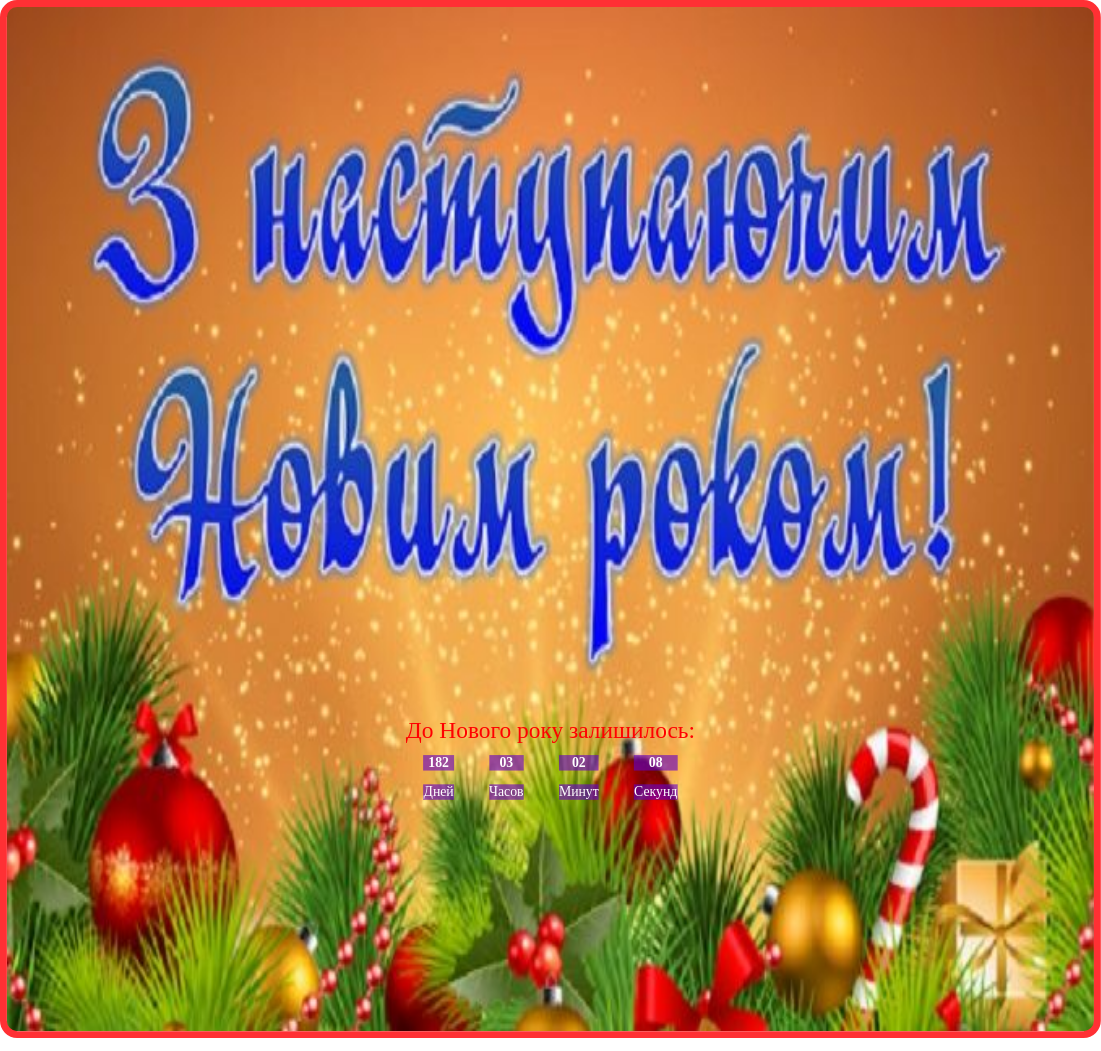
Repository: KonstantinKhamilov/JavaScript11-new-year
Page: index.html
The author's editor kept a copy of each file at every save. The page is drawn from the files as they stood at one save, then again after the next save.
The browser window is 1280 px wide. The pictures show the whole page, at 86% of full size.

Above is the page before, as saved 2024-12-29 19:12:18.

### index.html
<!DOCTYPE html>
<html lang="en">
    <head>
        <title>JavaScript11</title>

        <meta charset="utf-8">
        <meta http-equiv="X-UA-Compatible" content="IE=edge">
        <meta name="description" lang="ru" content="Стили css">
        <meta name="author" content="Константин">
        <meta name="keywords" content="Программирование, уроки JavaScript">
        <meta name="robots" content="all">
        <meta name="viewport" content="width=device-width, initial-scale=1.0">
        <link rel="stylesheet" href="newYear.css" type="text/css">
</head>

<body>
   <!--
     <h1><u>Задание 1</u></h1>
    <p>Необходимо реализовать функцию, описывающую окружность.В функции должны быть следующие компоненты:</p>
<ul type="disk">
    <li>поле, хранящее радиус окружности;</li>
    <li>get-свойство, возвращающее радиус окружности;</li>
    <li>set-свойство, устанавливающее радиус окружности;</li>
    <li>get-свойство, возвращающее диаметр окружности;</li>
    <li>метод, вычисляющий площадь окружности;</li>
    <li>метод, вычисляющий длину окружности.</li>
</ul>
       <p>Продемонстрируйте работу свойств и методов.</p>
       <p>Введите радиус окружности: </p>
       <input type="text" id="rad">
        <button onclick="showResults()">Показать результаты</button>
        <p id="output"></p>

          <h1><u>Задание 2</u></h1>
          <p>Реализуйте функцию, которая описывает css класс.функция CssClass должна содержать внутри себя:</p>
          <ul type="square">
<li>название css класса;</li>
<li>массив стилей;</li>
<li>метод для установки стиля;</li>
<li>метод для удаления стиля;</li>
<li>метод getCss(), который возвращает css код в виде строки.</li>
          </ul>

          <p>Введите название класса:</p>
    <input type="text" id="class" />
    <button onclick="showCSS()">Показать результат генерации</button>
    <p id="output1"></p>

    <p>Добавить стиль:</p>
    <input type="text" id="add-style" />
    <button onclick="addStyle()">Добавить</button>

    <p>Удалить стиль:</p>
    <input type="text" id="remove-style" />
    <button onclick="removeStyle()">Удалить</button>

  <h1><u>Задание 3</u></h1>
  <p>
    Рассчитайте, сколько дней, часов, минут и секунд осталось до Нового года. Выведите эти значения красиво,
    методом document.write() или другим с тегами -p- и
    -span- и классами для них. Стили можно записать в отдельном css-файле. Если одно из чисел будет меньше 10,
    то его нужно вывести с ведущим 0, например, так:
    Сделайте свой скрипт универсальным, задав дату следующего Нового года относительно текущей даты с помощью методов объекта Date.
  </p>
  <p>Пример вывода результата задания:</p>
<img src="D:\Full Stack\Модуль\JavaScript\JavaScript11\Безымянный1.png" alt="time">
-->
<div class="box">
  <ol class="maintext">
    <li class="text">До Нового року залишилось:</li>
   <li class="count">

<ol class="time">
  <li class="timer"><h2 id="day">00</h2><p>Дней</p></li>
  <li class="timer"><h2 id="hrs">00</h2><p>Часов</p></li>
  <li class="timer"><h2 id="min">00</h2><p>Минут</p></li>
  <li class="timer"><h2 id="sec">00</h2><p>Секунд</p></li>
</ol>
  </li>
  </ol>
</div>

    <script>
/*
        //1
function Circle(radius) {
  // Сохранение значения радиуса в свойстве объекта
  this.radius = radius;
  // Определение get-свойства для получения значения радиуса
  Object.defineProperty(this, 'radius', {
    get: function() {
      // Возвращение значения радиуса
      return radius;
    },
    // Определение set-свойства для установки значения радиуса
    set: function(value) {
      // Проверка на корректность значения радиуса
      if (value <= 0) throw new Error('Invalid radius');
      // Установка нового значения радиуса
      radius = value;
    }
  });

  // Определение get-свойства для получения значения диаметра окружности
  Object.defineProperty(this, 'diameter', {
    get: function() {
      // Возвращение значения диаметра, равного удвоенному радиусу
      return 2 * radius;
    }
  });

  // Определение метода для вычисления площади окружности
  this.area = function() {
    // Возвращение площади окружности, вычисленной как произведение числа Пи на квадрат радиуса
    return Math.PI * Math.pow(radius, 2);
  }

  // Определение метода для вычисления длины окружности
  this.circumference = function() {
    // Возвращение длины окружности, вычисленной как произведение числа Пи на удвоенный радиус
    return 2 * Math.PI * radius;
  }
}

function showResults() {
    let input = document.getElementById("rad").value;
    let circle = new Circle(input);
    let output = 'Радиус: ' + circle.radius + '<br>';
    output += 'Диаметр: ' + circle.diameter + '<br>';
    output += 'Площадь: ' + circle.area() + '<br>';
    output += 'Длинна окружности: ' + circle.circumference();
    document.getElementById("output").innerHTML = output;
  }

  //2

      // Определение функции CssClass, которая принимает название CSS класса в качестве аргумента
      function CssClass(className) {
        // Сохранение значения названия CSS класса в свойстве объекта
        this.className = className;
        // Создание пустого массива для хранения стилей CSS класса
        this.styles = [];

        // Определение метода setStyle для добавления нового стиля в массив стилей
        this.setStyle = function(style) {
          // Добавление нового стиля в конец массива стилей
          this.styles.push(style);
        }

        // Определение метода removeStyle для удаления существующего стиля из массива стилей
        this.removeStyle = function(style) {
          // Поиск индекса указанного стиля в массиве стилей
          let index = this.styles.indexOf(style);
          // Если стиль найден в массиве
          if (index !== -1) {
            // Удаление стиля из массива по найденному индексу
            this.styles.splice(index, 1);
          }
        }

        // Определение метода getCss для генерации CSS кода класса в виде строки
        this.getCss = function() {
          // Создание строки с селектором CSS класса и открывающей скобкой
          let cssString = '.' + this.className + ' {\n';
          // Цикл по всем стилям в массиве стилей
          for (let i = 0; i < this.styles.length; i++) {
            // Добавление очередного стиля в строку с отступом и точкой с запятой
            cssString += '  ' + this.styles[i] + ';\n';
          }
          // Добавление закрывающей скобки в конец строки
          cssString += '}';
          // Возвращение сгенерированной строки с CSS кодом класса
          return cssString;
        }
      }
      let myClass;

      function showCSS() {
        // Получение значения из элемента input с id 'class'
        let className = document.getElementById('class').value;
        // Создание нового объекта CssClass с названием класса из элемента input
        myClass = new CssClass(className);
        // Добавление стиля 'color: red' в массив стилей класса
        myClass.setStyle('color: red');
        // Добавление стиля 'font-size: 16px' в массив стилей класса
        myClass.setStyle('font-size: 16px');
        // Вывод сгенерированного CSS кода класса в элемент p с id 'output'
        document.getElementById('output1').innerHTML = myClass.getCss();
      }

      function addStyle() {
        if (!myClass) {
          alert('Сначала нажмите кнопку "Показать результат генерации"');
          return;
        }
        // Получение значения из элемента input с id 'add-style'
        let style = document.getElementById('add-style').value;
        // Добавление стиля в массив стилей класса
        myClass.setStyle(style);
        // Вывод обновленного CSS кода класса в элемент p с id 'output'
        document.getElementById('output1').innerHTML = myClass.getCss();
      }

      function removeStyle() {
        if (!myClass) {
          alert('Сначала нажмите кнопку "Показать результат генерации"');
          return;
        }
        // Получение значения из элемента input с id 'remove-style'
        let style = document.getElementById('remove-style').value;
        // Удаление стиля из массива стилей класса
        myClass.removeStyle(style);
        // Вывод обновленного CSS кода класса в элемент p с id 'output'
        document.getElementById('output1').innerHTML = myClass.getCss();
      }
      */

//3
const day = document.getElementById('day');
const hrs = document.getElementById('hrs');
const min = document.getElementById('min');
const sec = document.getElementById('sec');
const currentYear = new Date().getFullYear();

const newYear = new Date (`1 Jan ${currentYear + 1} 00:00:00`);

function countdownDate(){
const today = Date.now()
const gap = newYear - today;
let d = Math.floor(gap/1000/60/60/24);
let h = Math.floor((gap/1000/60/60)%24);
let m = Math.floor((gap/1000/60)%60);
let s = Math.floor((gap/1000)%60);

day.innerHTML = d<10 ? '0' + d : d;
hrs.innerHTML = h<10 ? '0' + h : h;
min.innerHTML = m<10 ? '0' + m : m;
sec.innerHTML = s<10 ? '0' + s : s;
}
setInterval(countdownDate,1000);
    </script>
</body>
</html>

### newYear.css
body {
  margin: 0;
  padding: 0;
}

@media screen and (min-width: 320px) {
  .box {
    display: flex;
    flex-direction: column;
    justify-content: center;
    background-image: url("z_nastupauschim_ng_4.jpg");
    background-repeat: no-repeat;
    background-size: 100% 100%;
    border: solid 8px;
    border-radius: 20px;
    border-color: rgb(255, 48, 52);
  }

  ol {
    list-style-type: none;
    margin: auto;
    padding: 0px;
  }

  .maintext {
    padding: 60% 0 20% 0;
    gap: 10%;
  }

  .text {
    color: rgb(255, 0, 0);
    font-family: cursive;
    font-size: 1.7em;
    text-align: center;
    padding-top: 20%;
  }

  /*.count {
    display: flex;
    flex-direction: row;
    justify-content: space-around;
    width: 100%;
  }*/

  .time {
    display: flex;
    flex-direction: row;
    justify-content: space-around;
    width: 100%;
  }

  h2 {
    color: white;
    font-size: 1em;
  }

  .timer > p,
  .timer > #day,
  .timer > #hrs,
  .timer > #min,
  .timer > #sec {
    color: white;
    background-color: rgb(102, 2, 196, 0.62);
    font-size: 1em;
    text-align: center;
  }
}

After the next save:
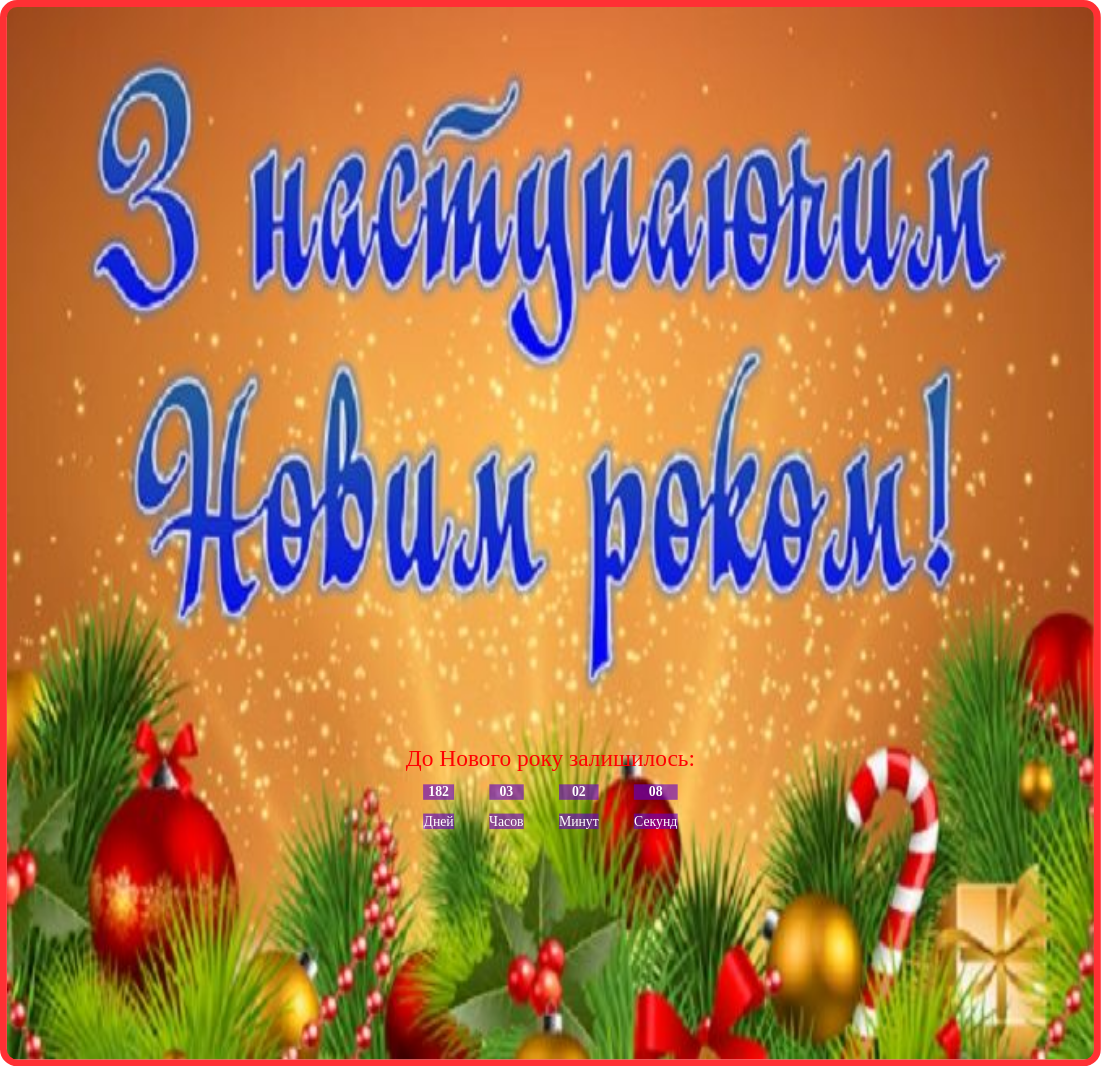
Saved 24 s later.
--- a/newYear.css
+++ b/newYear.css
@@ -32,7 +32,7 @@ body {
     font-family: cursive;
     font-size: 1.7em;
     text-align: center;
-    padding-top: 20%;
+    padding-top: 30%;
   }
 
   /*.count {
